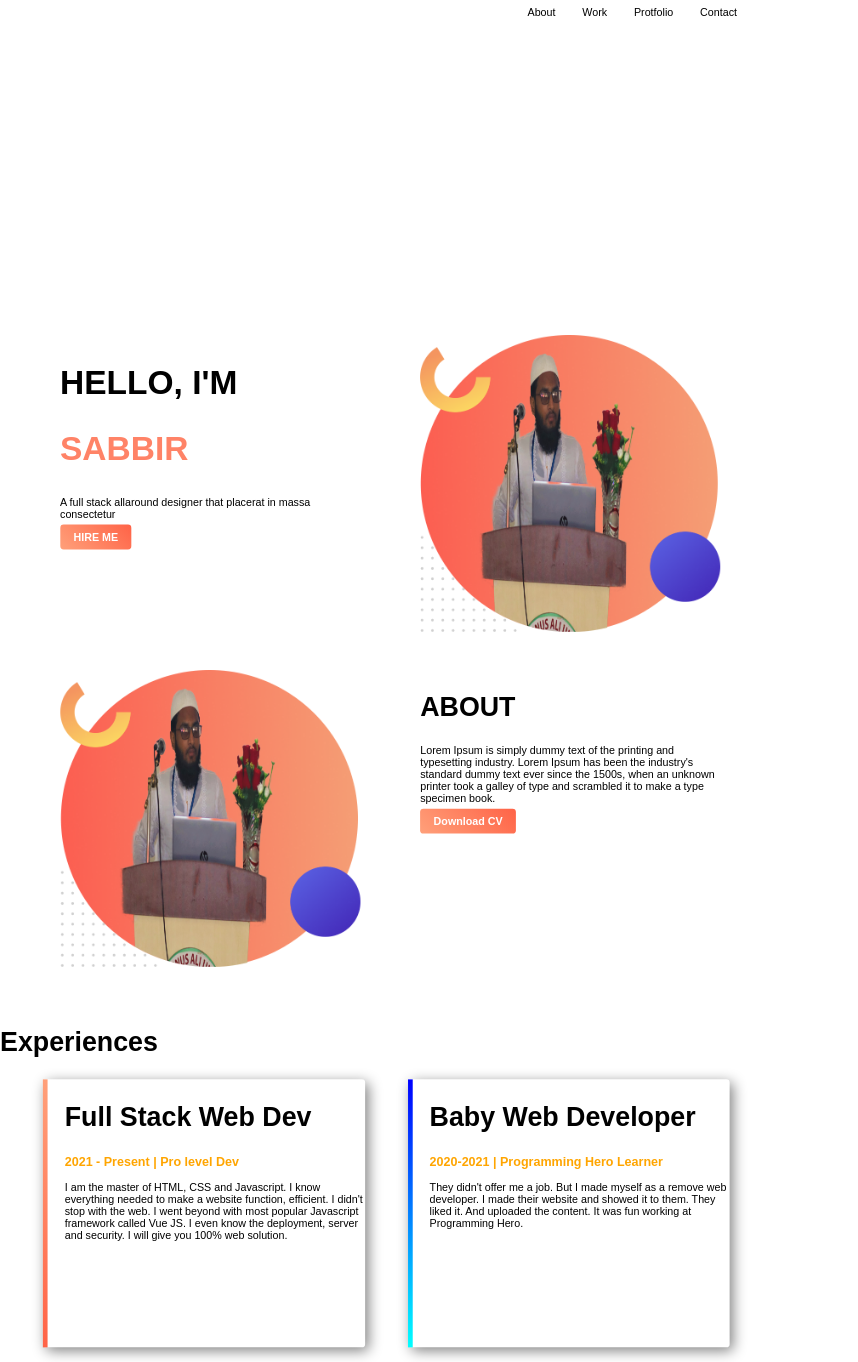
Repository: sabbircse3/personal-website
Page: index.html
The author's editor kept a copy of each file at every save. The page is drawn from the files as they stood at one save, then again after the next save.
The browser window is 1280 px wide. The pictures show the whole page, at 67% of full size.

Above is the page before, as saved 2021-01-06 00:15:28.

After the next save:
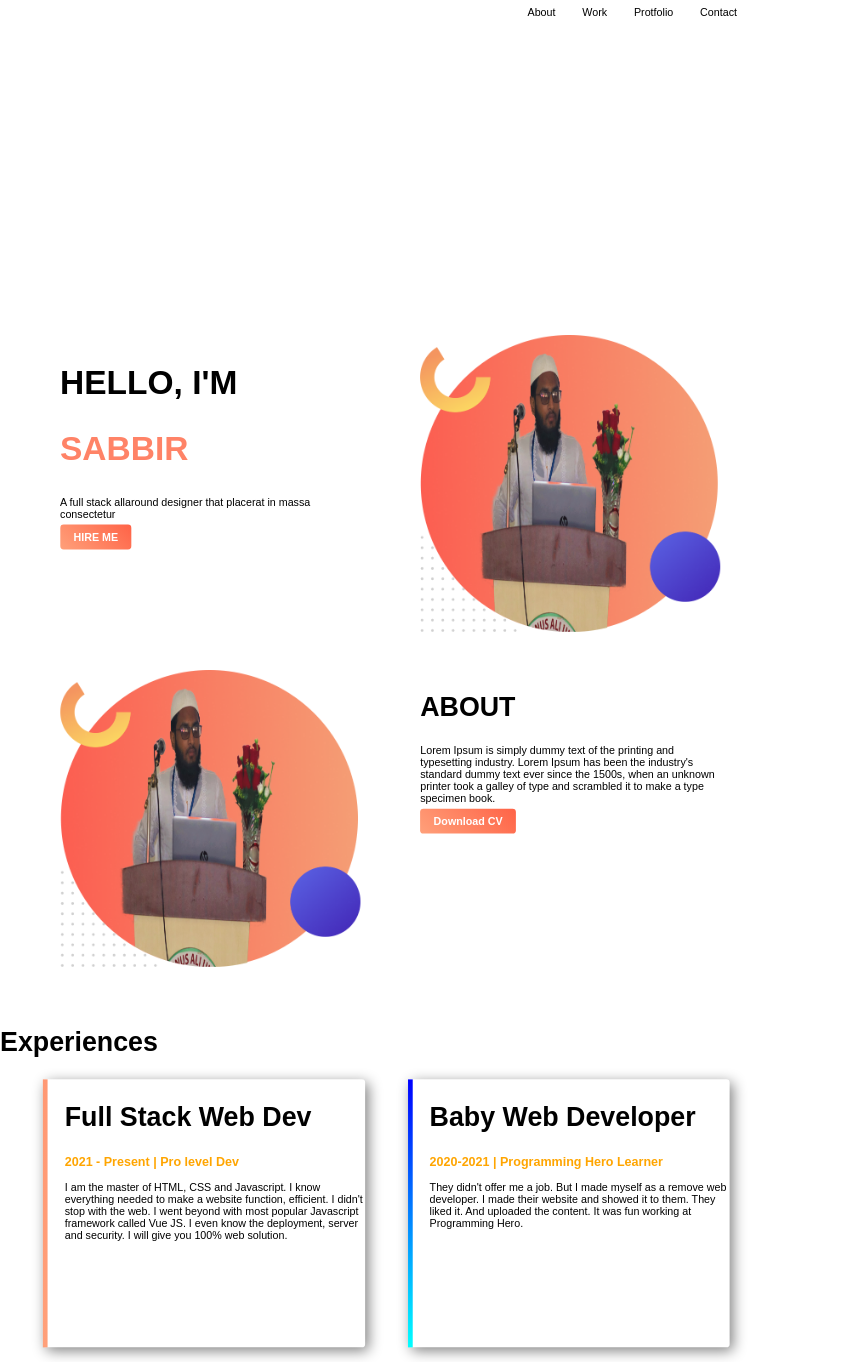
Saved 20 s later.
--- a/style.css
+++ b/style.css
@@ -63,7 +63,7 @@ section{
 }
 #full-stack{
     border-left: 7px solid;
-    border-image: linear-gradient(180deg, lightSalmon, tomato);
+    border-image: linear-gradient(80deg, lightSalmon, tomato);
     border-image-slice: 1;
     background-color: white;
 }
